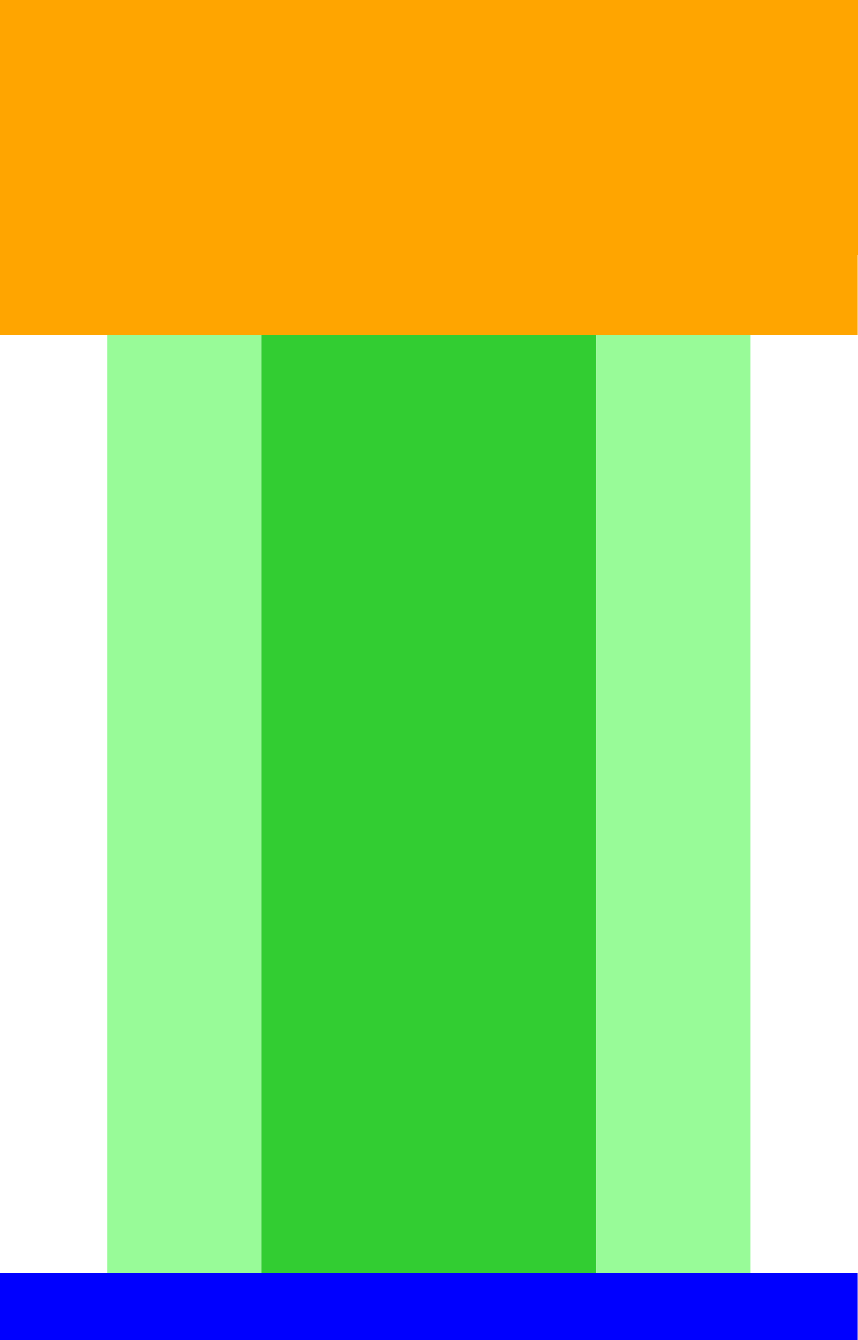
Repository: kawashimq/git-practice
Page: practice/practice-html-4.html
The author's editor kept a record of every edit. The page is drawn from the files as they stood at one moment, then again after the next edit.
The browser window is 1280 px wide. The pictures show the whole page, at 67% of full size.

Above is the page before.

After the next edit:
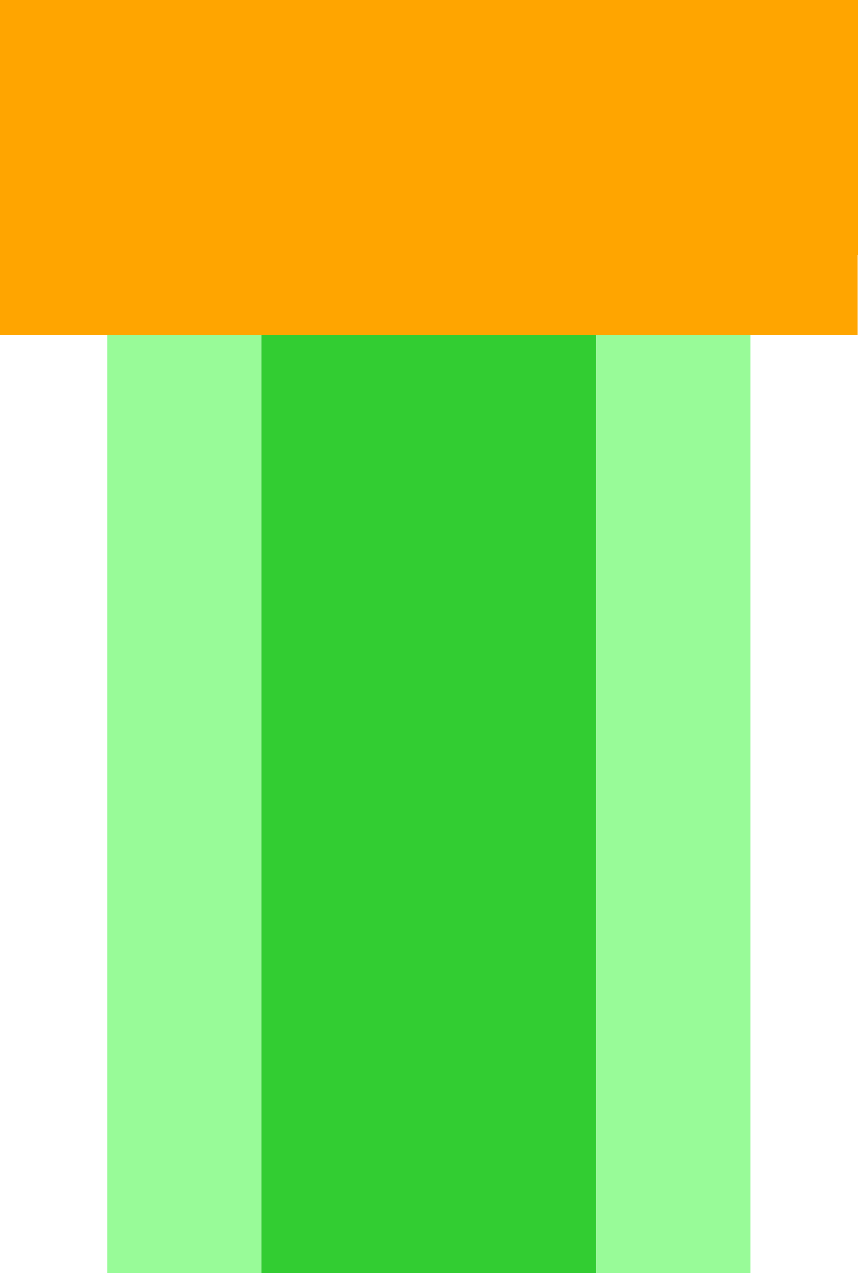
The edit:
--- a/practice/practice-html-4.html
+++ b/practice/practice-html-4.html
@@ -19,7 +19,7 @@
       <div class="sidebar-right"></div>
     </div>
 
-    <div class="footer"></div>
+
 
 
     </body>
